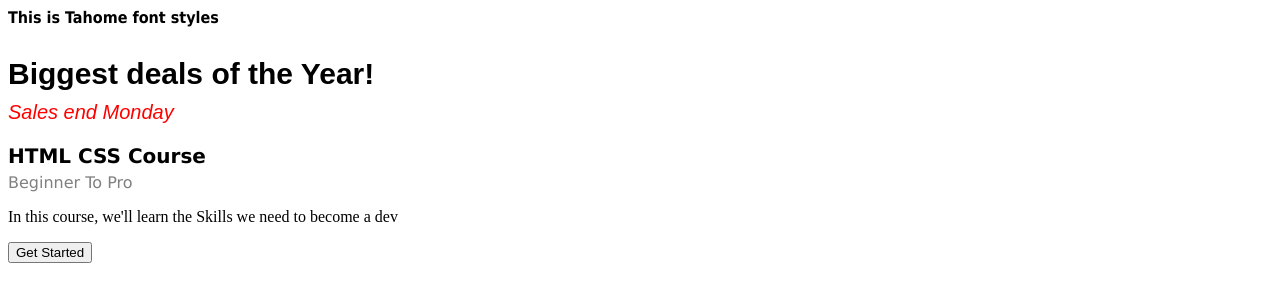
Repository: RagulRanjeeth/Frontend
Page: TxtStylesHW.html
An editor plug-in stored every save of this project. The page is shown before and after the next save, followed by the edit.
The browser window is 1280 px wide. The pictures show the whole page.

Above is the page before, as saved 2026-01-20 14:13:52.

### TxtStylesHW.html
<style>
    .Tahma{
        font-family: Tahoma;
    }

    .ArialExam{
        font-family: Arial;
        font-size: 30px;
        font-weight: bold;
        margin-bottom: 0px;
    }

    .ArialExamIt{
        font-family: Arial;
        font-size: 20px;
        font-style: italic;
        color: red;
        margin-top: 10px;
    }

    .VerdanaBold{
        font-family: Verdana;
        font-weight: bold;
        font-size: 20px;
        margin-bottom:0px;
    }

    .VerdanaLight{
         font-family: Verdana;
         color:grey;
         margin-top:5px;

    }
</style>

<p class="Tahma">
   <strong>This is Tahome font styles</strong>
</p>

<p class="ArialExam">
    Biggest deals of the Year!
</p>

<p class="ArialExamIt">
    Sales end Monday
</p>

<p class="VerdanaBold">
    HTML CSS Course
</p>

<p class="VerdanaLight">
    Beginner To Pro
</p>

<p class="VerdanaContent">
   In this course, we'll learn the Skills we need to become a dev
</p>

<button class="VerdanaButton">
    Get Started
</button>

After the next save:
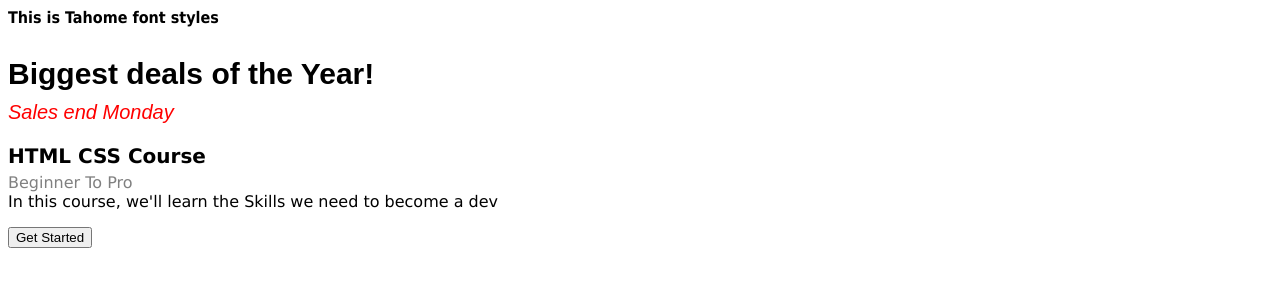
Saved 54 s later.
--- a/TxtStylesHW.html
+++ b/TxtStylesHW.html
@@ -29,6 +29,13 @@
          font-family: Verdana;
          color:grey;
          margin-top:5px;
+         margin-bottom: 0px;
+
+    }
+
+    .VerdanaContent{
+        font-family: Verdana;
+          margin-top:0px;
 
     }
 </style>
